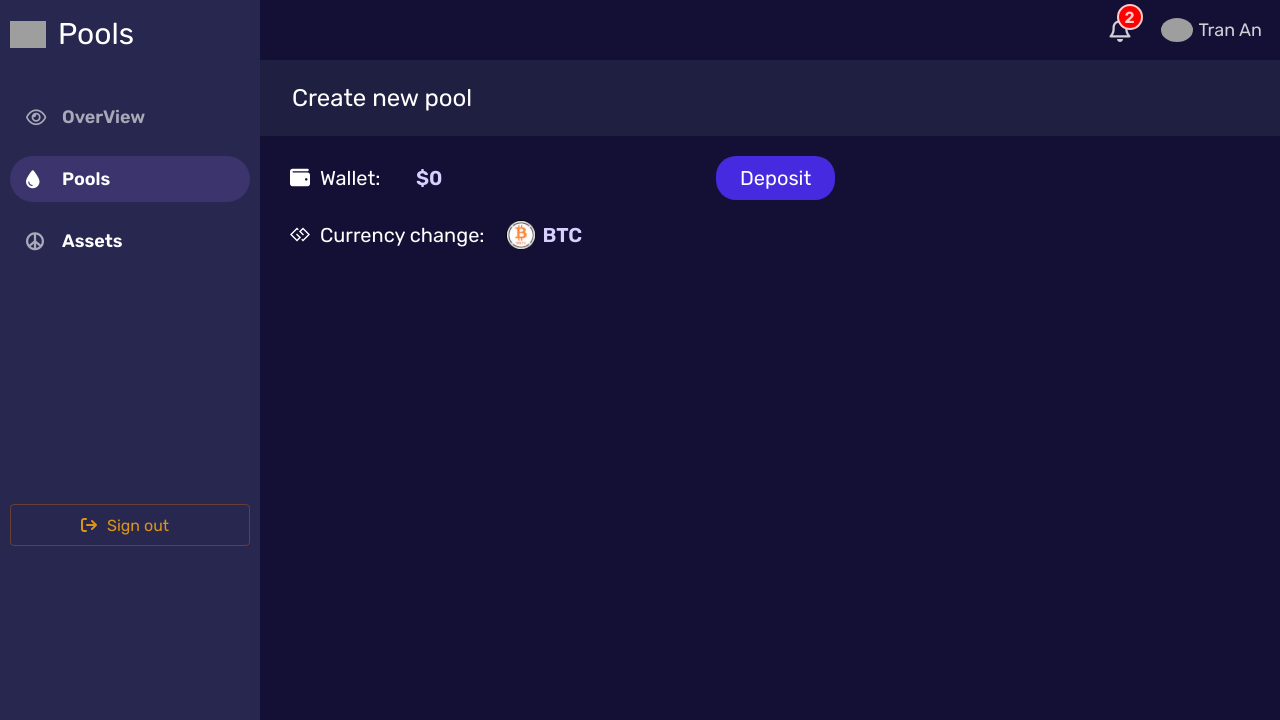
Repository: quynh232000/pools
Page: pool/create-pool.html
These files come from the project's save history. The page is drawn as it stood at one moment and after a run of saves; the edit follows.
The browser window is 1280 px wide. The pictures show the whole page.
Pictures or frames that could not be fetched are drawn as grey boxes.

Above is the page before, as saved 2023-07-14 00:45:26.

### pool/create-pool.html
<!DOCTYPE html>
<html lang="en">
  <head>
    <meta charset="UTF-8" />
    <meta name="viewport" content="width=device-width, initial-scale=1.0" />
    <title>Create Pool</title>

    <link rel="stylesheet" href="../src/css/base.css" />
    <link rel="stylesheet" href="../src/css/style.css" />
    <link rel="stylesheet" href="../src/css/pool.css" />
    <link rel="stylesheet" href="../src/css/create-pool.css" />
    <link
      rel="stylesheet"
      href="https://cdnjs.cloudflare.com/ajax/libs/font-awesome/6.4.0/css/all.min.css"
      integrity="sha512-iecdLmaskl7CVkqkXNQ/ZH/XLlvWZOJyj7Yy7tcenmpD1ypASozpmT/E0iPtmFIB46ZmdtAc9eNBvH0H/ZpiBw=="
      crossorigin="anonymous"
      referrerpolicy="no-referrer"
    />
  </head>
  <body>
    <div class="container">
      <div class="sidebar">
        <div class="sidebar-logo">
          <img src="https://sef-eco.vercel.app/assets/images/logo.png" alt="" />
          <span>Pools</span>
        </div>
        <div class="sidebar-items">
          <div class="sidebar-list">
            <div class="sidebar-item">
              <i class="fa-regular fa-eye"></i>
              <div class="sidebar-item-name">OverView</div>
            </div>
            <div class="sidebar-item sidebar-item-active">
              <i class="fa-solid fa-droplet"></i>
              <a href="/pool.html" class="sidebar-item-name">Pools</a>
            </div>
            <div class="sidebar-item">
              <i class="fa-solid fa-peace"></i>
              <a href="/index.html" class="sidebar-item-name">Assets</a>
            </div>
          </div>

          <div class="sidebar-sign-out">
            <i class="fa-solid fa-arrow-right-from-bracket"></i>
            <div class="sidebar-item-name">Sign out</div>
          </div>
        </div>
      </div>
      <div class="content">
        <div class="header">
          <div class="header-noti">
            <i class="fa-regular fa-bell"></i>
            <div class="header-noti-count">2</div>
          </div>
          <div class="header-user">
            <img
              src="https://static.vecteezy.com/system/resources/previews/002/002/257/original/beautiful-woman-avatar-character-icon-free-vector.jpg"
              alt=""
            />
            <div class="header-user-name">Tran An</div>
          </div>
        </div>
        <!-- body -->
        <div class="content-title">Create new pool</div>
        <div class="create-body">
          <div class="create-item">
            <i class="fa-solid fa-wallet"></i>
            <div class="create-item-title">Wallet:</div>
            <span>$0</span>
            <div class="create-btn">Deposit</div>
          </div>
          <div class="create-item">
            <i class="fa-brands fa-gg"></i>
            <div class="create-item-title">Currency change:</div>
            <div class="create-select-type-money">
              <div class="type-money-item">
                <img src="../src/img/btc.png" alt="" />
                <div class="type-money-name">BTC</div>
              </div>
              <div class="type-money-more">
                <div class="type-money-item">
                  <img src="../src/img/eth.png" alt="" />
                  <div class="type-money-name">ETH</div>
                </div>
                <div class="type-money-item">
                  <img src="../src/img/btc.png" alt="" />
                  <div class="type-money-name">BTC</div>
                </div>
                <div class="type-money-item">
                  <img src="../src/img/eth.png" alt="" />
                  <div class="type-money-name">ETH</div>
                </div>
              </div>
            </div>
          </div>
        </div>
      </div>
    </div>
  </body>
</html>

### src/css/base.css
@import url('https://fonts.googleapis.com/css2?family=Rubik:wght@300;400;500;600;700&display=swap');
 :root{
    --primary-color:#fff;
    --text-color:#fff;
    --text-1-color:rgb(211, 209, 255);
    --bg-color:#140f34;
    --bg-item-color:#282750;

 }
*{
    box-sizing: inherit;
}
html,body{
    box-sizing: border-box;
    margin: 0;
    padding: 0;
    font-family: 'Rubik', sans-serif;
    color: var(--text-color);
}
a{
    color: white;
    text-decoration: none;
}

### src/css/style.css
.container{
    width: 100%;
    min-height: 100vh;
    background-color: var(--bg-color);
    display: flex;
}
.sidebar{
    width: 20%;
    min-width: 260px;
    max-width: 400px;
    display: flex;
    flex-direction: column;
    min-height: 100vh;
    background-color: var(--bg-item-color);
}
.sidebar-logo{
    display: flex;
    width: 100%;
    align-items: center;
    padding: 16px 10px;
}
.sidebar-logo img{
    width: 15%;
}
.sidebar-logo span{
    font-size: 30px;
    color: var(--primary-color);
    margin-left: 12px;

}
.sidebar-items{
    padding: 26px 10px;
    display: flex;
    flex-direction: column;
    justify-content: space-between;
    min-height: 70vh;
}
.sidebar-list{

}
.sidebar-item{
    font-size: 18px;
    display: flex;
    align-items: center;
    padding: 12px 16px;
    border-radius: 40px;
    color: rgb(255 255 255/.6);
    margin-bottom: 16px;
    font-weight: 600;
    transition: color .3s;
}
.sidebar-item:hover{
    cursor: pointer;
    color: rgb(255 255 255/.8);
}
.sidebar-item-active{
    background-color:#3c356d ;
    color: var(--text-color);
}
.sidebar-item i{
    min-width: 36px;
}
.sidebar-sign-out{
    display: flex;
    align-items: center;
    color: rgb(218, 149, 23);
    text-align: center;
    border: 1px solid rgba(202, 98, 12,.4);
    justify-content: center;
    padding-right: 10px;
    border-radius: 4px;
    transition: color border .3s;
}
.sidebar-sign-out:hover{
    cursor: pointer;
    color: rgb(253, 166, 5);
    border: 1px solid rgba(202, 98, 12,.5);
}
.sidebar-sign-out i{
    margin-right: 10px;
    padding: 12px 0;
}

.content{
    width: 85%;
    min-height: 100vh;
    /* background-color: var(--bg-color); */
}
.header{
    display: flex;
    justify-content: flex-end;
    padding: 18px;
    color: rgb(255 255 255/.8);
    align-items: center;
}
.header-user{
    display: flex;
    align-items: center;
    font-size: 18px;

}
.header-user img {
    width: 32px;
    border-radius: 50%;
    margin-right: 6px;
}
.header-noti{
    display: flex;
    margin-right: 30px;
    font-size: 20px;
    position: relative;
    font-size: 24px;
}
.header-noti-count{
    width: 26px;
    height: 26px;
    position: absolute;
    top: -14px;
    left: 7px;
    border: 2px solid  rgb(255 255 255/.8);
    text-align: center;
    border-radius: 50%;
    font-size: 16px;
    display: flex;
    align-items: center;
    justify-content: center;
    background-color: var(--bg-color);
    background-color: red;
    font-weight: 600;

}
.content-title{
    background-color: #1f1f42;
    padding: 24px 32px;
    font-size: 24px;
}
.content-list{
    display: flex;
    flex-direction: column;
    align-items: center;
    padding: 0 40px;
}
.content-list-body{
    width: 100%;
    margin-top: 20px;

}
.content-nav{
    width: 100%;
    display: flex;
    justify-content: space-between;
    padding: 12px 26px;
    margin: 10px 0;
    transition: background-color .2s ;
}
.content-nav:hover{
    background-color: #2d2d44;
}
.nav-left{
    width: 50%;
    display: flex;
    align-items: center;
    justify-content: space-between;
    font-size: 22px;

}
.nav-left-info{
    display: flex;
    align-items: center;
}
.nav-left-info img{
    width: 32px;
    margin-right: 8px;
}
.nav-left-name{
    font-size: 22px;
}
.nav-left-balance{
    display: flex;
    flex-direction: column;
    align-items: center;
    flex: 1;
}
.nav-left-balance span:nth-child(2){
    font-size: 20px;
    color: #a8a8a8;
}


.nav-right{
    width: 40%;
    display: flex;
    justify-content: space-between;
    align-items: center;
    color: #b3b1fd;
}
.nav-right span{
    transition: color .3s;
}
.nav-right span i{
    font-size: 16px !important;
    margin-left: 4px;
}
.nav-right span:hover{
    color:#f8c2b0;
    cursor: pointer;
}
.nav-text{
    color: #b3b1fd;
    font-size: 20px;
}
.nav-right .nav-tex:hover{
    color: #b3b1fd !important;
    cursor: no-drop;
}

### src/css/pool.css
.p-content-body{
    width: 100%;
    display: flex;
    flex-wrap: wrap;
    padding: 20px 10px;
}
.content-item-wrapper{
    width: 33.333%;
    padding: 10px ;
}
.p-content-item{
    border-radius: 6px;
    background-color: var(--bg-item-color);
    padding: 14px;
    transition: background-color .3s ease;
}
.p-content-item:hover{
    background-color: #2e2e60;
}
.p-content-item-top{
    display: flex;
    align-items:flex-start;

}
.p-content-item-img{
    margin-right: 6px;
}
.p-content-item-top-info{
    display: flex;
    flex-direction: column;
}
.p-content-item-top-info span{
    padding-top: 4px;
}
.p-content-item-top-info p{
    margin: 4px 0 10px 0;
    color: #a7a3a3;
}
.p-content-item-bottom{
    display: flex;
}
.p-item-type{
    margin-right: 10px;
    padding: 0 8px;
    text-align: center;
}
.p-item-type:first-child{
    border-right: 1px solid gray;
    padding-right: 16px;
}
.p-item-type span{
    font-size: 14px;
    color: #a7a3a3;
    /* font-weight: 600; */
}
.p-item-type p{
    margin: 0;
}
.add-pool{
    display: flex;
    flex-direction: column;
    align-items: center;
    font-size: 20px;
    min-height: 122px;
    justify-content: center;
}
.add-pool i{
    font-size: 26px;
    margin-bottom: 6px;
}

### src/css/create-pool.css
.create-body{
    width: 100%;
    display: flex;
    flex-direction: column;
    padding: 20px 30px;
}
.create-item{
    display: flex;
    font-size: 20px;
    align-items: center;
    margin-bottom: 20px;
}
.create-item-title{
    margin: 0 16px 0 10px;
    min-width: 80px;

}
.create-item span{
    color: var(--text-1-color);
    min-width: 300px;
    font-weight: 600;
}
.create-btn{
    background-color: rgb(70, 42, 223);
    padding: 10px 24px;
    border-radius: 20px;
    display: flex;
    justify-content: center;
    align-items: center;
    transition: background-color .3s ease;
}
.create-btn:hover{
    background-color: #6a67ea;
    cursor: pointer;
}
.create-select-type-money{
    position: relative;
    margin-left: 6px;
}
.create-select-type-money::before{
    position: absolute;
    content: "";
    top: 100%;
    width: 120%;
    height: 20px;
    /* background-color: red; */
}
.create-select-type-money:hover .type-money-more{
    display: block;
}
.type-money-item{
    display: flex;
    align-items: center;
}
.type-money-item img{
    width: 30px;
    height: 30px;
    object-fit: cover;
    margin-right: 6px;
}
.type-money-name{
    color: var(--text-1-color);
    font-weight: 600;
}
.type-money-more{
    display: none;
    position: absolute;
    background-color: var(--bg-item-color);
    border-radius: 6px;
    top: 150%;
    left: -14px;
}
.type-money-more .type-money-item{
    /* margin: 8px; */
    border-radius: 6px;
    padding: 10px 26px;
    transition: background-color .3s ease;
}
.type-money-more .type-money-item:hover{
    background-color: rgb(75, 73, 114);
    cursor: pointer;
}

After the next 3 saves:
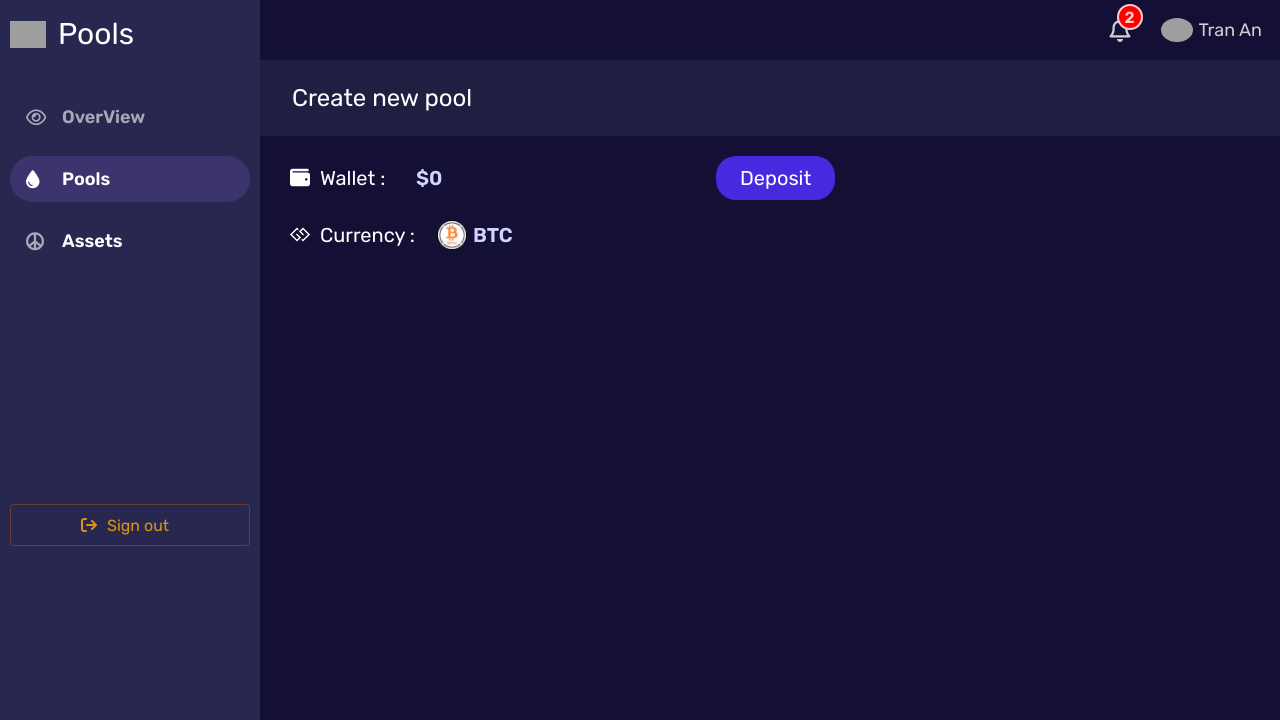
The 3 saves are shown as one change because they came seconds apart.
The last was saved 28 s later.
--- a/pool/create-pool.html
+++ b/pool/create-pool.html
@@ -65,13 +65,13 @@
         <div class="create-body">
           <div class="create-item">
             <i class="fa-solid fa-wallet"></i>
-            <div class="create-item-title">Wallet:</div>
+            <div class="create-item-title">Wallet :</div>
             <span>$0</span>
             <div class="create-btn">Deposit</div>
           </div>
           <div class="create-item">
             <i class="fa-brands fa-gg"></i>
-            <div class="create-item-title">Currency change:</div>
+            <div class="create-item-title">Currency :</div>
             <div class="create-select-type-money">
               <div class="type-money-item">
                 <img src="../src/img/btc.png" alt="" />
